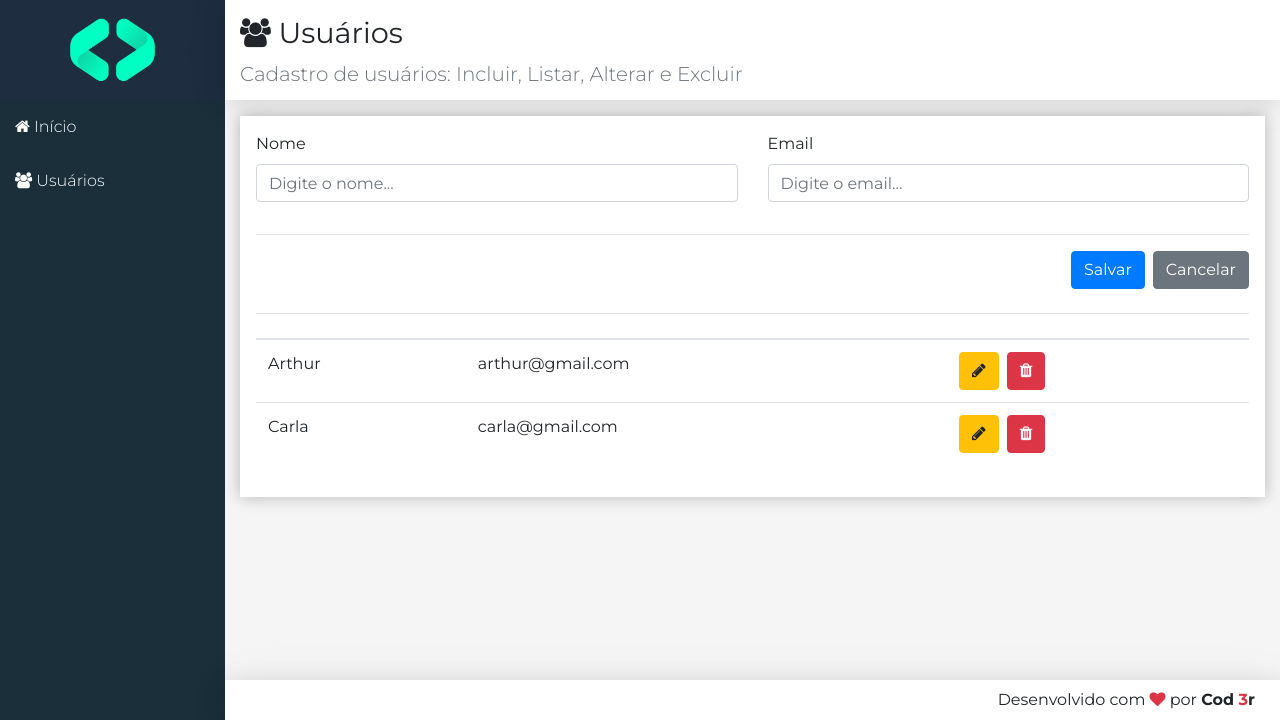
Repository: eversonps/projeto-cadastro-usuarios-firebase
Page: /users (app in frontend/)
The author's editor kept a copy of each file at every save. The page is drawn from the files as they stood at one save, then again after the next save.
The browser window is 1280 px wide. The pictures show the whole page.
The project was rebuilt for these pictures with package versions that can differ from the ones it lists, and the page was loaded fresh each time. Requests to the local data server were answered from the project's data file. Also part of the build but not shown: frontend/src/components/home/home.jsx.

Above is the page before, as saved 2022-03-22 15:14:36.

After the next save:
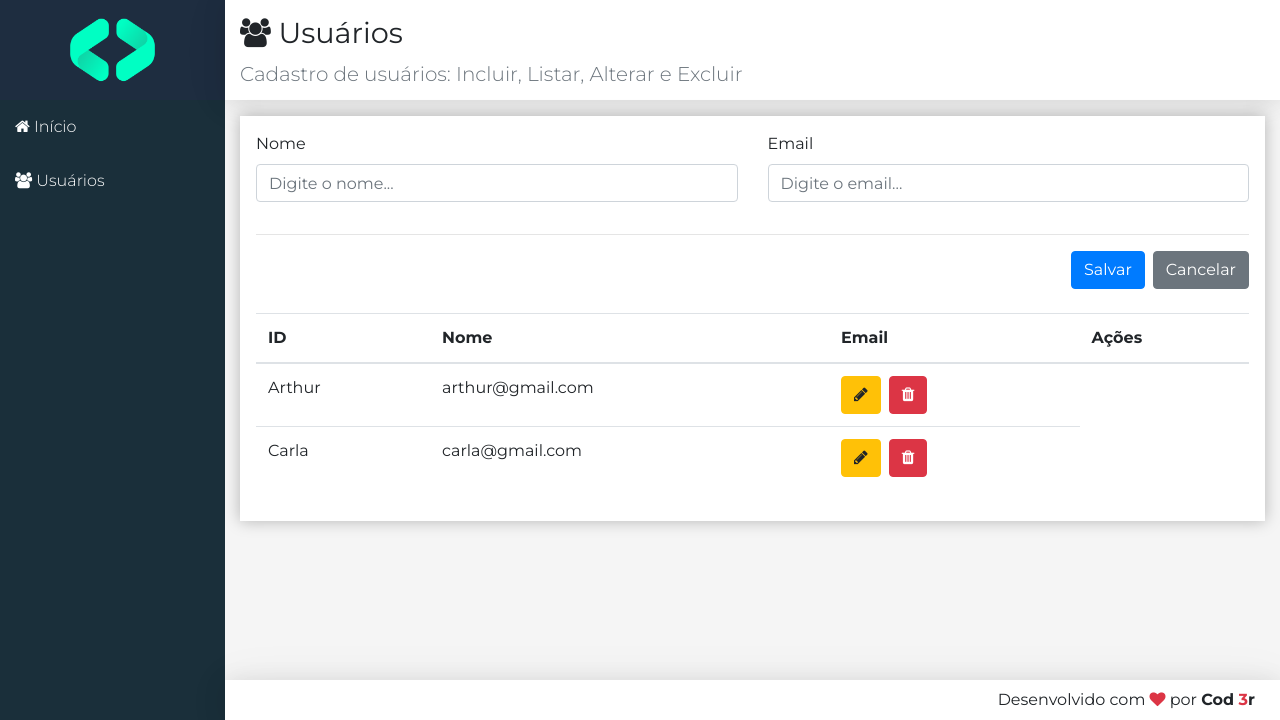
Saved 82 s later.
--- a/frontend/src/components/user/userCrud.jsx
+++ b/frontend/src/components/user/userCrud.jsx
@@ -96,9 +96,10 @@ export default class UserCrud extends Component{
             <table className="table mt-4">
                 <thead>
                     <tr>
-                        <th></th>
-                        <th></th>
-                        <th></th>
+                        <th>ID</th>
+                        <th>Nome</th>
+                        <th>Email</th>
+                        <th>Ações</th>
                     </tr>
                 </thead>
                 <tbody>
